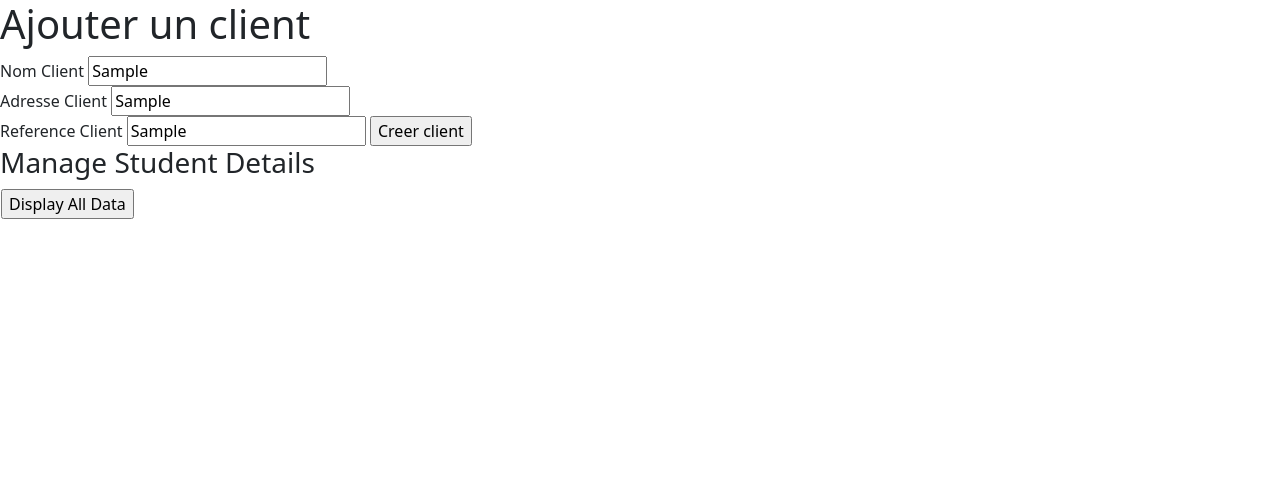
Repository: Elie-Dey/airblio
Page: test.html
An editor plug-in stored every save of this project. The page is shown before and after the next save, followed by the edit.
The browser window is 1280 px wide. The pictures show the whole page.
Empty fields were first filled with sample values (such as "Sample", 5 or name@example.com).
After loading, the first visible `#display` was clicked once.
The page's requests for data from a server got no answer.

Above is the page before, as saved 2022-03-27 03:24:05.

After the next save:
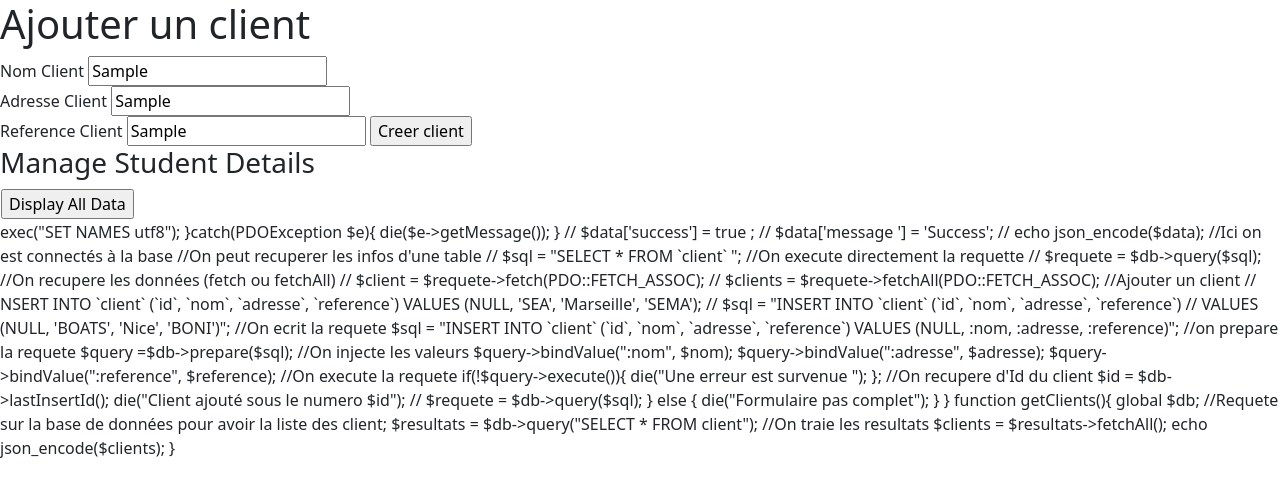
Saved 12 s later.
--- a/js/app.js
+++ b/js/app.js
@@ -54,7 +54,7 @@ $(document).ready(function () {
     $.ajax({
       //create an ajax request to display.php
       type: "GET",
-      url: "display.php",
+      url: "connect.php",
       dataType: "html", //expect html to be returned
       success: function (response) {
         $("#responsecontainer").html(response);
